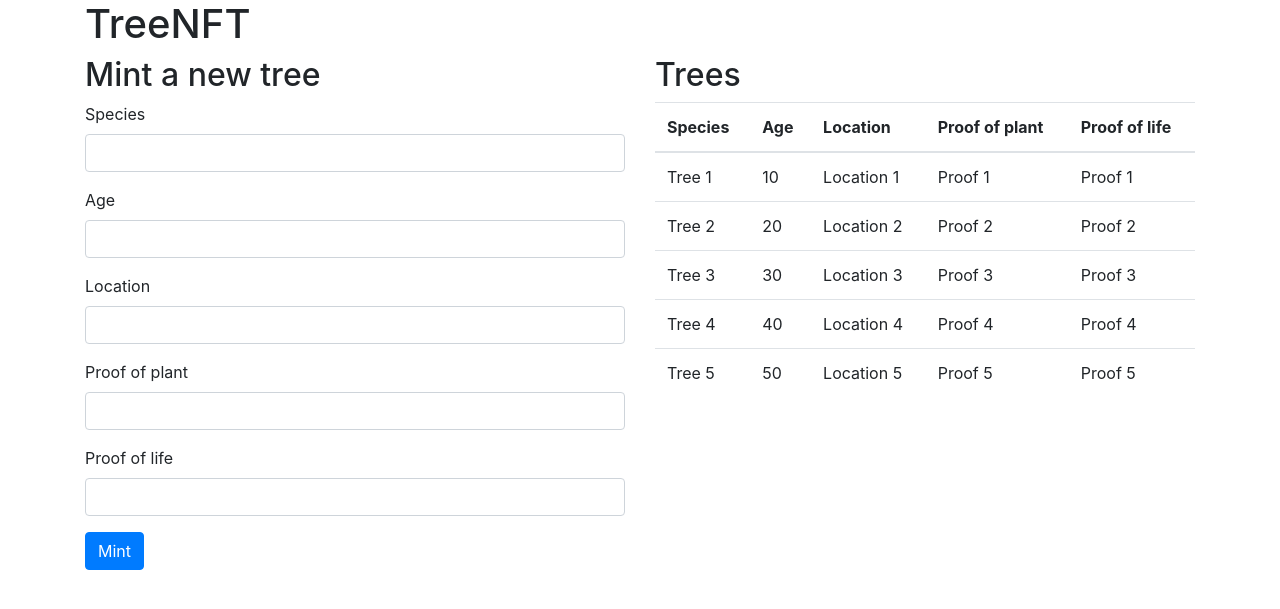
Repository: Jeremicarose/Celo-Code-Jam-3.0
Page: celo-boilerplate-web-dapp/public/index.html
An editor plug-in stored every save of this project. The page is shown before and after the next save, followed by the edit.
The browser window is 1280 px wide. The pictures show the whole page.

Above is the page before, as saved 2023-06-30 18:08:31.

After the next save:
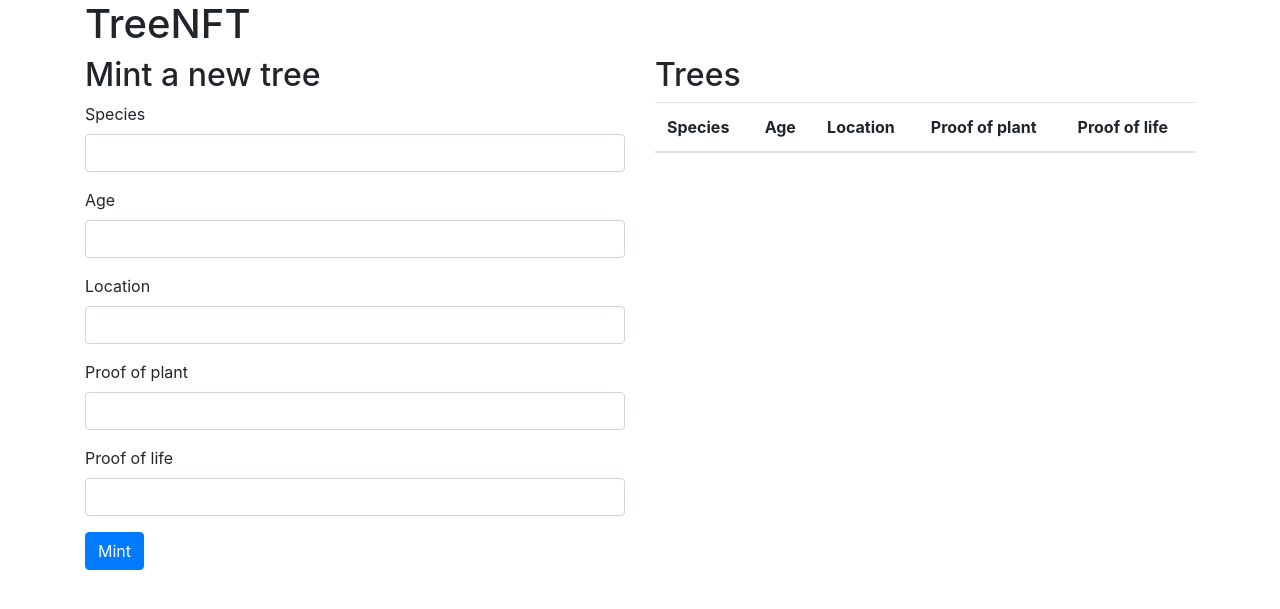
Console error: SyntaxError: Cannot use import statement outside a module
Saved 13 min 16 s later.
--- a/celo-boilerplate-web-dapp/src/main.js
+++ b/celo-boilerplate-web-dapp/src/main.js
@@ -1,31 +1,7 @@
-$(document).ready(function() {
-  // Tree information array
-  var treeInfoArray = [
-    { species: "Tree 1", age: 10, location: "Location 1", proofOfPlant: "Proof 1", proofOfLife: "Proof 1" },
-    { species: "Tree 2", age: 20, location: "Location 2", proofOfPlant: "Proof 2", proofOfLife: "Proof 2" },
-    { species: "Tree 3", age: 30, location: "Location 3", proofOfPlant: "Proof 3", proofOfLife: "Proof 3" },
-    { species: "Tree 4", age: 40, location: "Location 4", proofOfPlant: "Proof 4", proofOfLife: "Proof 4" },
-    { species: "Tree 5", age: 50, location: "Location 5", proofOfPlant: "Proof 5", proofOfLife: "Proof 5" }
-  ];
+import Web3 from 'web3'
+import { newKitFromWeb3 } from '@celo/contractkit'
+import BigNumber from "bignumber.js"
 
-  // Populate tree information table
-  var treeTableBody = $("#treeInfoTableBody");
-  for (var i = 0; i < treeInfoArray.length; i++) {
-    var treeInfo = treeInfoArray[i];
-    var treeRow = "<tr>" +
-                  "<td>" + treeInfo.species + "</td>" +
-                  "<td>" + treeInfo.age + "</td>" +
-                  "<td>" + treeInfo.location + "</td>" +
-                  "<td>" + treeInfo.proofOfPlant + "</td>" +
-                  "<td>" + treeInfo.proofOfLife + "</td>" +
-                  "</tr>";
-    treeTableBody.append(treeRow);
-  }
+const ERC20_DECIMALS = 18
 
-  // Handle form submission (Mint button click)
-  $("#mintForm").submit(function(event) {
-    event.preventDefault();
-
-    window.open("celowallet://");
-  });
-});
+let kit
